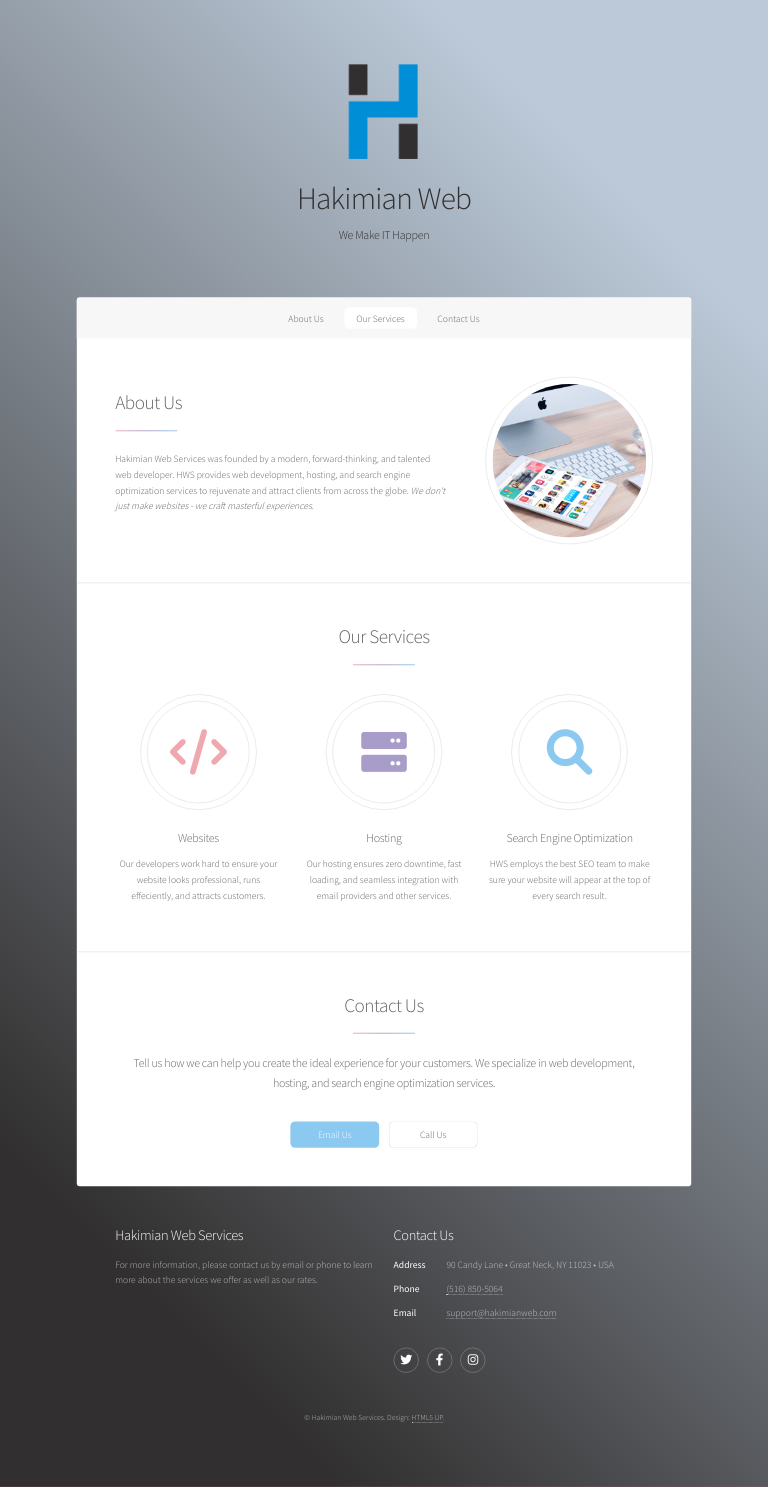
Repository: AidanHak/hakimianweb
Page: index.html
These files come from the project's save history. The page is drawn as it stood at one moment and after the next save; the edit follows.
The browser window is 1280 px wide. The pictures show the whole page, at 60% of full size.

Above is the page before, as saved 2022-03-12 22:05:03.

### index.html
<!DOCTYPE HTML>
<!--
	Stellar by HTML5 UP
	html5up.net | @ajlkn
	Free for personal and commercial use under the CCA 3.0 license (html5up.net/license)
-->
<html lang="en">
	<head>
		<meta charset="utf-8" />
		<meta name="viewport" content="width=device-width" />

		<title>Hakimian Web Services</title>
		<meta name="description" content="We Make IT Happen">
		<meta name="author" content="Hakimian Web Services">

		<meta property="og:title" content="Hakimian Web Services">
		<meta property="og:type" content="website">
		<meta property="og:url" content="https://hakimianweb.com/">
		<meta property="og:description" content="We Make IT Happen">
		<meta property="og:image" content="https://hakimianweb.com/images/open-graph.png">
		<meta property="og:image:secure_url" content="https://hakimianweb.com/images/open-graph.png" />
		<meta property="og:image:type" content="image/png" />
		<meta property="og:image:width" content="2560">
		<meta property="og:image:height" content="2560">
		<meta property="og:image:alt" content="Hakimian Web Services" />

		<meta property="twitter:image" content="https://hakimianweb.com/images/open-graph.png"  />

		<link rel="apple-touch-icon" sizes="180x180" href="/apple-touch-icon.png">
		<link rel="icon" type="image/png" sizes="32x32" href="/favicon-32x32.png">
		<link rel="icon" type="image/png" sizes="16x16" href="/favicon-16x16.png">
		<link rel="manifest" href="/site.webmanifest">

		<link href="assets/css/fontawesome-all.min.css" rel="stylesheet">

		<link rel="preconnect" href="https://fonts.googleapis.com">
		<link rel="preconnect" href="https://fonts.gstatic.com" crossorigin>
		<link href="https://fonts.googleapis.com/css2?family=Source+Sans+Pro:wght@300;400&display=swap" rel="stylesheet">

		<link rel="stylesheet" href="assets/css/main.css" />
		<noscript><link rel="stylesheet" href="assets/css/noscript.css" /></noscript>
	</head>
	<body class="is-preload">

		<!-- Wrapper -->
			<div id="wrapper">

				<!-- Header -->
					<header id="header" class="alt">
						<span class="logo"><img src="images/logo.png" alt="Logo" /></span>
						<h1>Hakimian Web</h1>
						<p>We Make IT Happen</p>
					</header>

				<!-- Nav -->
					<nav id="nav">
						<ul>
							<li><a href="#intro" class="active">About Us</a></li>
							<li><a href="#first">Our Services</a></li>
							<li><a href="#cta">Contact Us</a></li>
						</ul>
					</nav>

				<!-- Main -->
					<div id="main">

						<!-- Introduction -->
							<section id="intro" class="main">
								<div class="spotlight">
									<div class="content">
										<header class="major">
											<h2>About Us</h2>
										</header>
										<p>Hakimian Web Services was founded by a modern, forward-thinking, and talented web developer. HWS provides web development, hosting, and search engine optimization services to rejuvenate and attract clients from across the globe. <span class="italic">We don't just make websites - we craft masterful experiences</span>.</p>
										<div class="hidden">
											<ul class="actions">
												<li><a href="generic.html" class="button">Learn More</a></li>
											</ul>
										</div>
									</div>
									<span class="image"><img src="images/about-us.jpg" alt="" /></span>
								</div>
							</section>

						<!-- First Section -->
							<section id="first" class="main special">
								<header class="major">
									<h2>Our Services</h2>
								</header>
								<ul class="features">
									<li>
										<span class="icon solid major style1 fa-code"></span>
										<h3>Websites</h3>
										<p>Our developers work hard to ensure your website looks professional, runs effeciently, and attracts customers.</p>
									</li>
									<li>
										<span class="icon solid major style3 fa-server"></span>
										<h3>Hosting</h3>
										<p>Our hosting ensures zero downtime, fast loading, and seamless integration with email providers and other services.</p>
									</li>
									<li>
										<span class="icon solid major style5 fa-search"></span>
										<h3>Search Engine Optimization</h3>
										<p>HWS employs the best SEO team to make sure your website will appear at the top of every search result.</p>
									</li>
								</ul>
								<div class="hidden">
									<footer class="major">
										<ul class="actions special">
											<li><a href="generic.html" class="button">Learn More</a></li>
										</ul>
									</footer>
								</div>
							</section>

						<!-- Get Started -->
							<section id="cta" class="main special">
								<header class="major">
									<h2>Contact Us</h2>
									<p>Tell us how we can help you create the ideal experience for your customers. We specialize in web development, hosting, and search engine optimization services.</p>
								</header>
								<footer class="major">
									<ul class="actions special">
										<li><a href="mailto:support@hakimianweb.com" class="button primary">Email Us</a></li>
										<li><a href="tel:+15168505064" class="button">Call Us</a></li>
									</ul>
								</footer>
							</section>

					</div>

				<!-- Footer -->
					<footer id="footer">
						<section>
							<h2>Hakimian Web Services</h2>
							<p>For more information, please contact us by email or phone to learn more about the services we offer as well as our rates.</p>
							<div class="hidden">
								<ul class="actions">
									<li><a href="generic.html" class="button">Learn More</a></li>
								</ul>
							</div>
						</section>
						<section>
							<h2>Contact Us</h2>
							<dl class="alt">
								<dt>Address</dt>
								<dd>90 Candy Lane &bull; Great Neck, NY 11023 &bull; USA</dd>
								<dt>Phone</dt>
								<dd><a href="tel:+15168505064">(516) 850-5064</a></dd>
								<dt>Email</dt>
								<dd><a href="mailto:support@hakimianweb.com">support@hakimianweb.com</a></dd>
							</dl>
							<ul class="icons">
								<li><a href="https://twitter.com/HakimianWeb" class="icon brands fa-twitter alt"><span class="label">Twitter</span></a></li>
								<li><a href="https://www.facebook.com/Hakimian-Web-Services-HWS-102713925694278/" class="icon brands fa-facebook-f alt"><span class="label">Facebook</span></a></li>
								<li><a href="https://www.instagram.com/hakimianweb/" class="icon brands fa-instagram alt"><span class="label">Instagram</span></a></li>
							</ul>
						</section>
						<p class="copyright">&copy; Hakimian Web Services. Design: <a href="https://html5up.net">HTML5 UP</a>.</p>
					</footer>

			</div>

		<!-- Scripts -->
		<script src="assets/js/jquery.min.js"></script>
		<script src="assets/js/jquery.scrollex.min.js"></script>
		<script src="assets/js/jquery.scrolly.min.js"></script>
		<script src="assets/js/browser.min.js"></script>
		<script src="assets/js/breakpoints.min.js"></script>
		<script src="assets/js/util.js"></script>
		<script src="assets/js/main.js"></script>

		<!-- Messenger Chat Plugin Code -->
		<div id="fb-root"></div>

		<!-- Your Chat Plugin code -->
		<div id="fb-customer-chat" class="fb-customerchat">
		</div>

		<script>
		var chatbox = document.getElementById('fb-customer-chat');
		chatbox.setAttribute("page_id", "102713925694278");
		chatbox.setAttribute("attribution", "biz_inbox");
		</script>

		<!-- Your SDK code -->
		<script>
		window.fbAsyncInit = function() {
			FB.init({
			xfbml            : true,
			version          : 'v13.0'
			});
		};

		(function(d, s, id) {
			var js, fjs = d.getElementsByTagName(s)[0];
			if (d.getElementById(id)) return;
			js = d.createElement(s); js.id = id;
			js.src = 'https://connect.facebook.net/en_US/sdk/xfbml.customerchat.js';
			fjs.parentNode.insertBefore(js, fjs);
		}(document, 'script', 'facebook-jssdk'));
		</script>
	</body>
</html>

Loaded but not shown: assets/css/fontawesome-all.min.css (library); assets/js/jquery.min.js (library); assets/js/jquery.scrollex.min.js (common file); assets/js/jquery.scrolly.min.js (common file); assets/js/browser.min.js (common file); assets/js/breakpoints.min.js (common file); assets/js/util.js (587 lines, source omitted); assets/js/main.js (123 lines, source omitted); assets/css/main.css (3797 lines, source omitted)

After the next save:
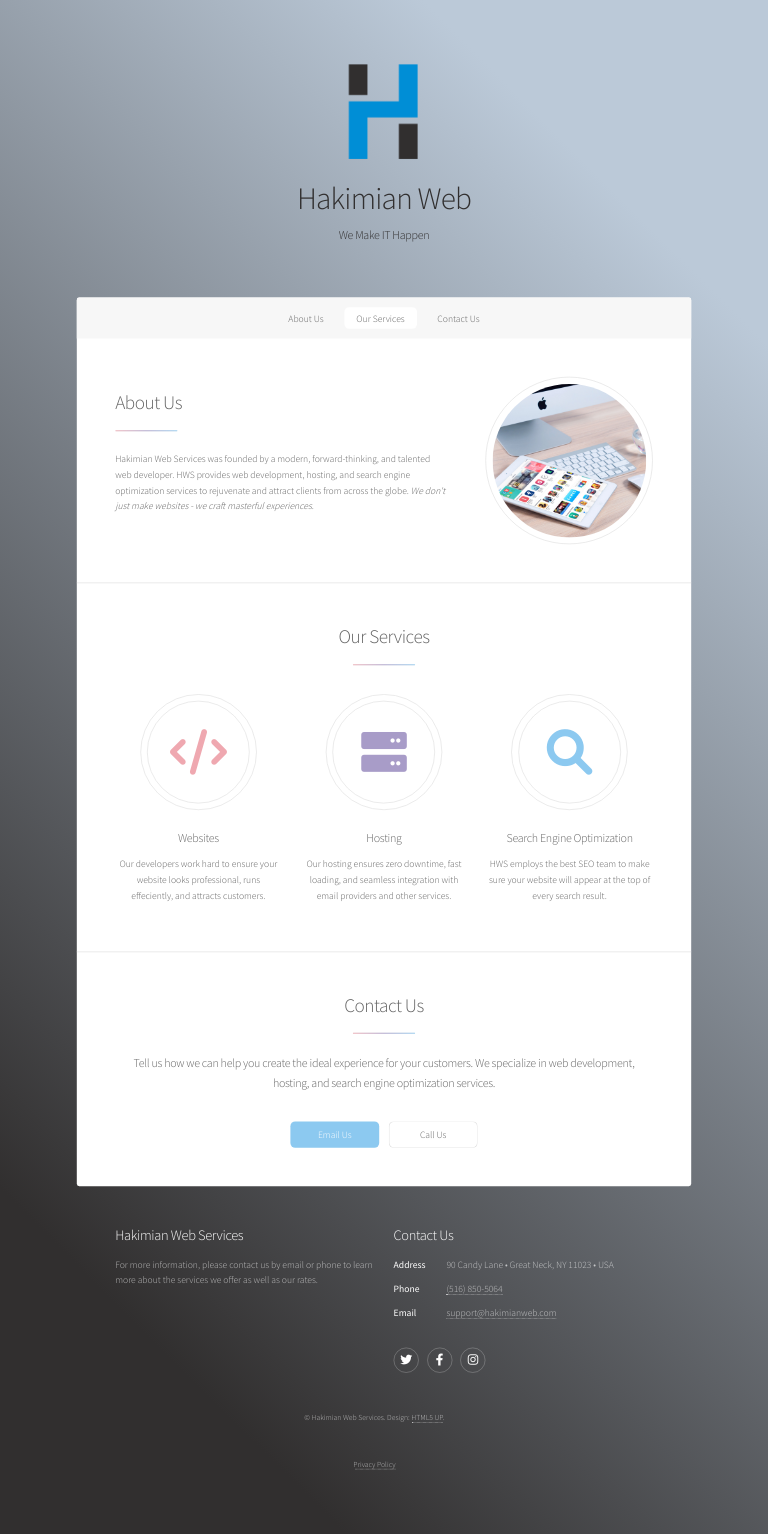
Saved 10 min 38 s later.
--- a/index.html
+++ b/index.html
@@ -157,6 +157,7 @@
 							</ul>
 						</section>
 						<p class="copyright">&copy; Hakimian Web Services. Design: <a href="https://html5up.net">HTML5 UP</a>.</p>
+						<p class="copyright"><a href="privacy-policy.html">Privacy Policy</a></p>
 					</footer>
 
 			</div>
